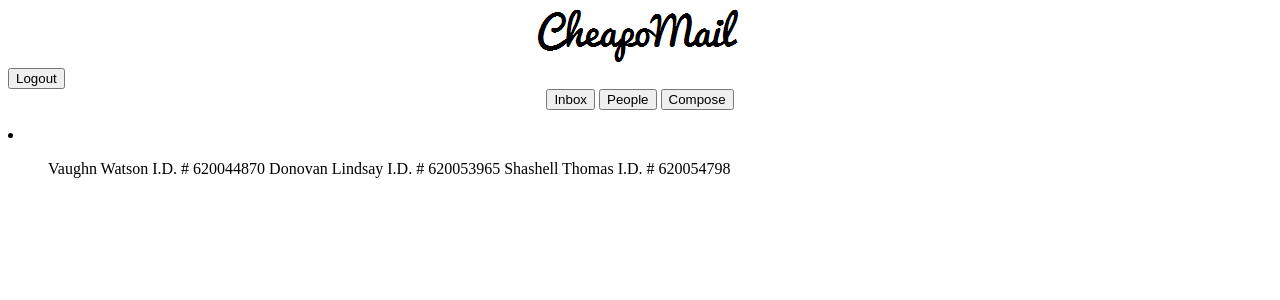
Repository: BobbyV/cheapomail
Page: homepage.html
The author's editor kept a record of every edit. The page is drawn from the files as they stood at one moment, then again after the next edit.
The browser window is 1280 px wide. The pictures show the whole page.

Above is the page before.

After the next edit:
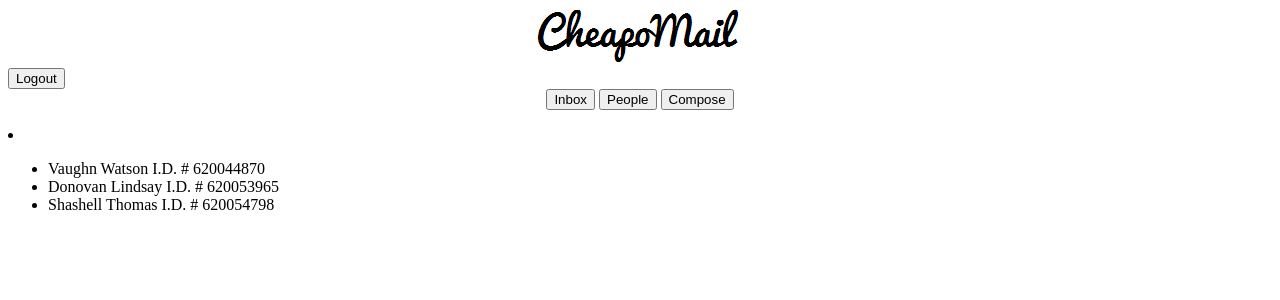
The edit:
--- a/homepage.html
+++ b/homepage.html
@@ -56,9 +56,9 @@
       <p>
         <li>
           <ul>
-            Vaughn Watson I.D. # 620044870
-            Donovan Lindsay I.D. # 620053965
-            Shashell Thomas I.D. # 620054798
+            <li>Vaughn Watson I.D. # 620044870</li>
+           <li>Donovan Lindsay I.D. # 620053965</li>
+            <li>Shashell Thomas I.D. # 620054798</li>
           </ul>
         </li>
       </p>
